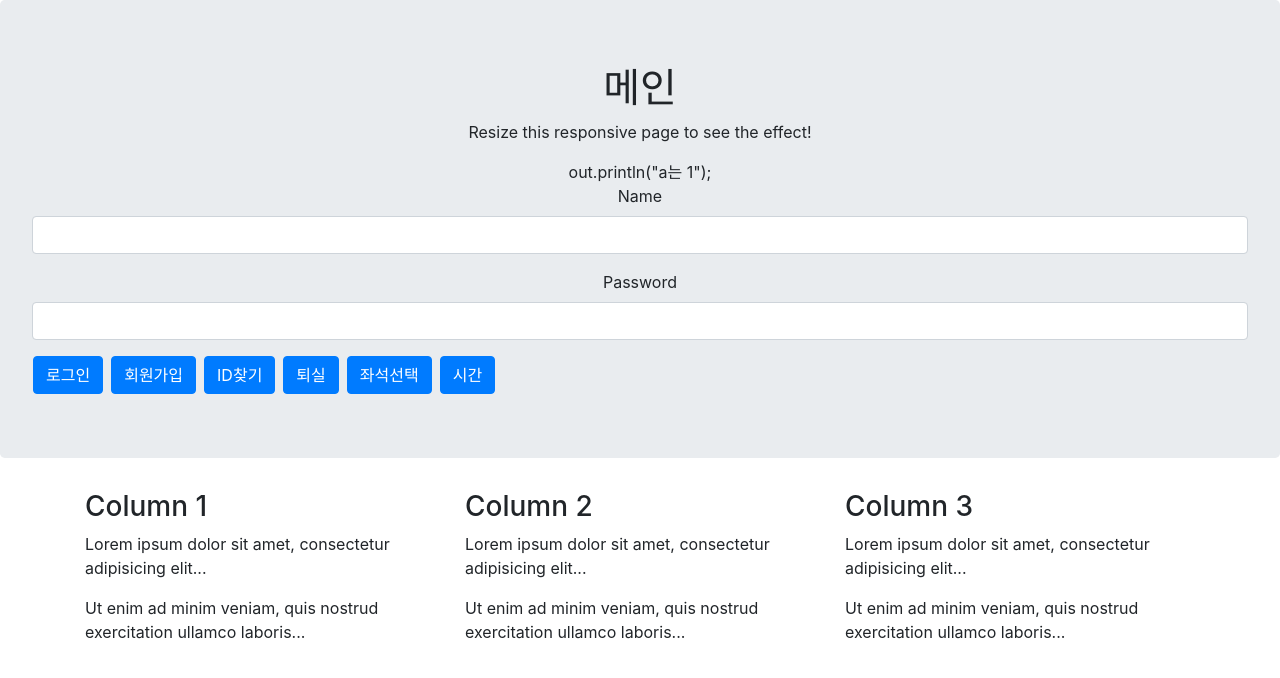
Repository: onlykjy03/JSP
Page: http://localhost/spro_mysql/
The author's editor kept a copy of each file at every save. The page is drawn from the files as they stood at one save, then again after the next save.
The browser window is 1280 px wide. The pictures show the whole page.
The page is served by Tomcat 9. Other server files are loaded and not shown.

Above is the page before, as saved 2021-04-27 02:49:51.

### eclipse-workspace/spro_mysql/WebContent/index.jsp
<%@ page language="java" contentType="text/html; charset=UTF-8"
	pageEncoding="UTF-8"%>
<!DOCTYPE html>
<html>
<head>
<meta charset="UTF-8">
<title>Insert title here</title>

<link rel="stylesheet"
	href="https://maxcdn.bootstrapcdn.com/bootstrap/4.5.2/css/bootstrap.min.css">
<script
	src="https://ajax.googleapis.com/ajax/libs/jquery/3.5.1/jquery.min.js"></script>
<script
	src="https://cdnjs.cloudflare.com/ajax/libs/popper.js/1.16.0/umd/popper.min.js"></script>
<script
	src="https://maxcdn.bootstrapcdn.com/bootstrap/4.5.2/js/bootstrap.min.js"></script>
<style type="text/css">
</style>

</head>
<body>
	<script type="text/javascript">
	//body 내용을 다 읽고 실행한다.
	//getElementById('searchid') 에서 searchid를 찾지 못하는 현상 방지
		window.onload = function() {
			document.getElementById('searchid').onclick = function() {
				//alert('연결됐나');
				location.href = 'searchid.jsp';
			}
			document.getElementById('login').onclick = function() {
				var id = document.getElementById('id');
				var pw = document.getElementById('pw');
				/* 	alert('id='+id.value);
				 alert('pw='+pw.value); */
				location.href = 'login.jsp?id=' + id.value + '&pw=' + pw.value;
			}
			document.getElementById('signin').onclick = function() {

				location.href = 'signin.jsp';
			}
			document.getElementById('logout').onclick = function() {

				location.href = 'logout.jsp';
			}
		}
	</script>

	<script type="text/javascript">
		//문서를 다 부르고 난 후 안에 함수를 실행하라.
		$('document').ready(function() {
			$('#seatsel').on('click', function() {
				location.href='seatsel.jsp';
			})
		})
	</script>

	<div class="jumbotron text-center">
		<h1>메인</h1>
		<p>Resize this responsive page to see the effect!</p>
<% int a=1;
if(a==1){
%>
out.println("a는 1");
<%} else{ %>
out.println("a는 1 아님");
<% } %>
		<div class="form-group">
			<label for="id">Name</label> <input type="text" class="form-control"
				id="id">
		</div>
		<div class="form-group">
			<label for="pw">Password</label> <input type="password"
				class="form-control" id="pw">
		</div>
		<div class="row">
			<input type="button" value="로그인" id="login"
				class="btn btn-primary ml-3 mr-2"> <input type="button"
				value="회원가입" id="signin" class="btn btn-primary mr-2"> <input
				type="button" value="ID찾기" id="searchid"
				class="btn btn-primary mr-2"> <input type="button"
				value="퇴실" id="logout" class="btn btn-primary mr-2"> <input
				type="button" value="좌석선택" id="seatsel" class="btn btn-primary mr-2">
			<input type="button" value="시간" id="timecharge"
				class="btn btn-primary mr-2">

		</div>
	</div>

	<div class="container">
		<div class="row">
			<div class="col-sm-4">
				<h3>Column 1</h3>
				<p>Lorem ipsum dolor sit amet, consectetur adipisicing elit...</p>
				<p>Ut enim ad minim veniam, quis nostrud exercitation ullamco
					laboris...</p>
			</div>
			<div class="col-sm-4">
				<h3>Column 2</h3>
				<p>Lorem ipsum dolor sit amet, consectetur adipisicing elit...</p>
				<p>Ut enim ad minim veniam, quis nostrud exercitation ullamco
					laboris...</p>
			</div>
			<div class="col-sm-4">
				<h3>Column 3</h3>
				<p>Lorem ipsum dolor sit amet, consectetur adipisicing elit...</p>
				<p>Ut enim ad minim veniam, quis nostrud exercitation ullamco
					laboris...</p>
			</div>
		</div>

	</div>

</body>
</html>

After the next save:
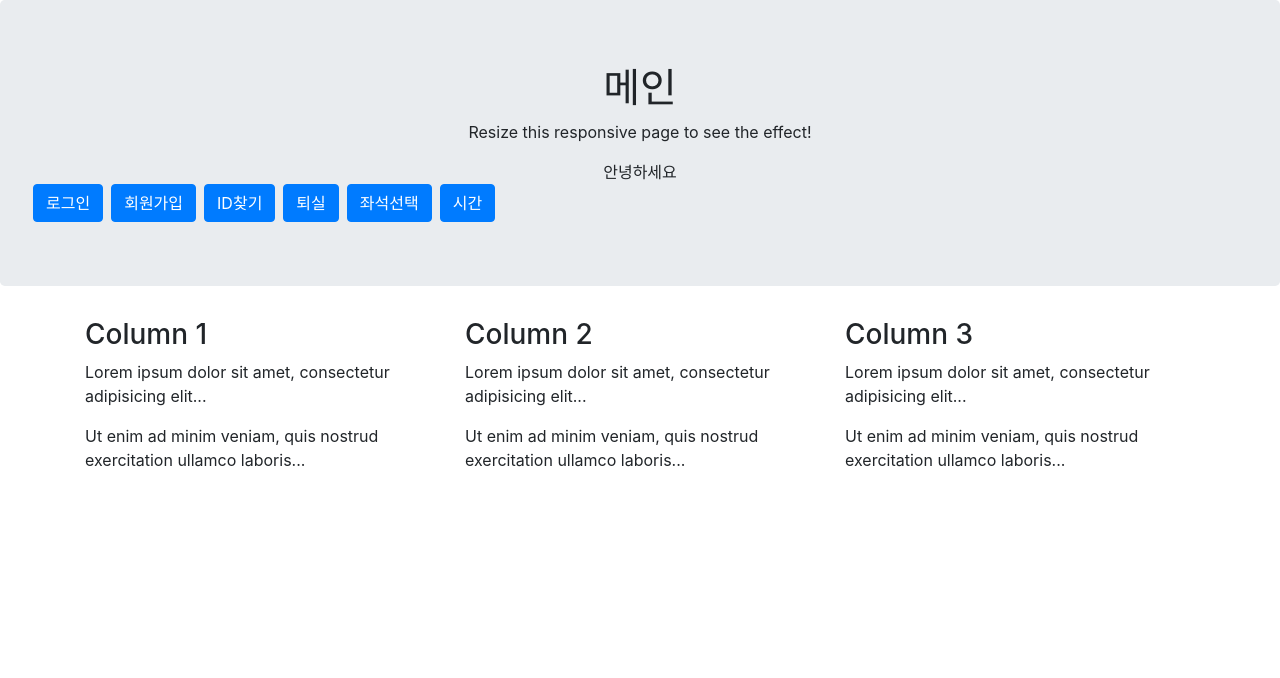
Saved 2 min 11 s later.
--- a/eclipse-workspace/spro_mysql/WebContent/index.jsp
+++ b/eclipse-workspace/spro_mysql/WebContent/index.jsp
@@ -60,10 +60,9 @@
 <% int a=1;
 if(a==1){
 %>
-out.println("a는 1");
+안녕하세요
 <%} else{ %>
-out.println("a는 1 아님");
-<% } %>
+
 		<div class="form-group">
 			<label for="id">Name</label> <input type="text" class="form-control"
 				id="id">
@@ -72,6 +71,7 @@ out.println("a는 1 아님");
 			<label for="pw">Password</label> <input type="password"
 				class="form-control" id="pw">
 		</div>
+		<% } %>
 		<div class="row">
 			<input type="button" value="로그인" id="login"
 				class="btn btn-primary ml-3 mr-2"> <input type="button"
